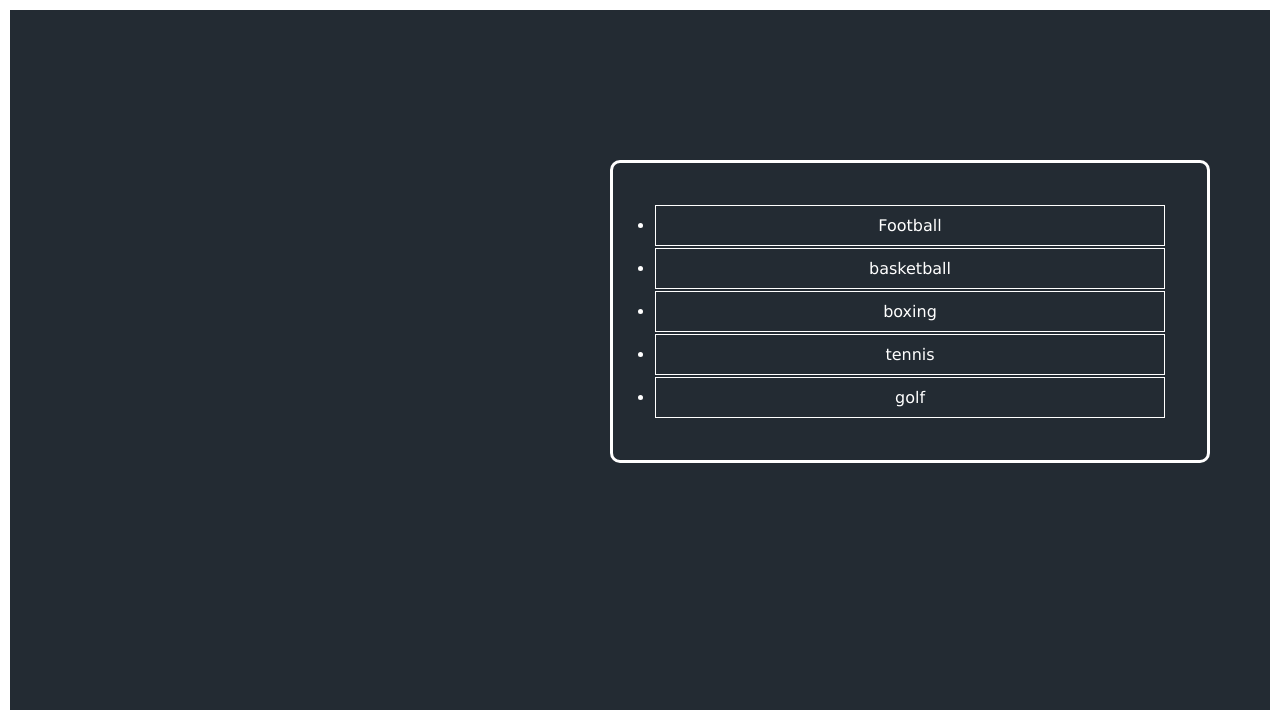
Repository: wakoya-tech/react-project
Page: Desktop/shaakala/aschu/index.html
An editor plug-in stored every save of this project. The page is shown before and after the next save, followed by the edit.
The browser window is 1280 px wide. The pictures show the whole page.

Above is the page before, as saved 2025-08-29 20:42:01.

After the next save:
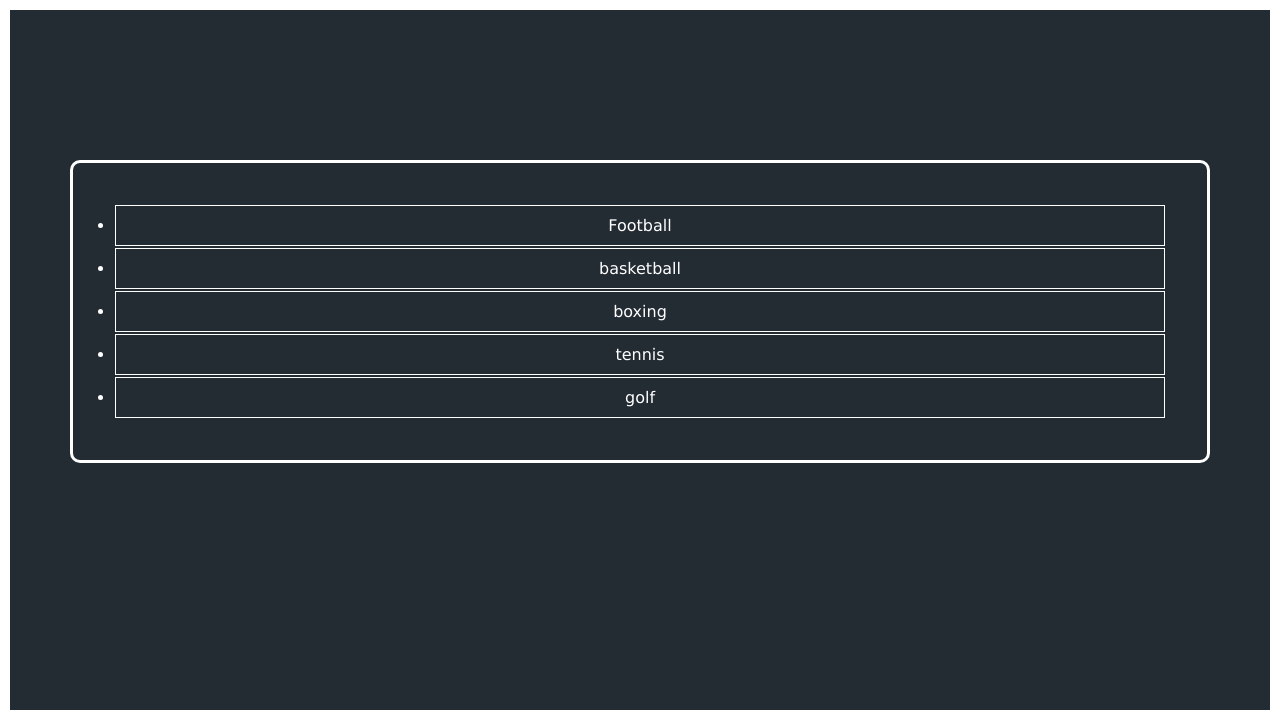
Saved 14 s later.
--- a/Desktop/shaakala/aschu/index.html
+++ b/Desktop/shaakala/aschu/index.html
@@ -27,7 +27,7 @@
         justify-content: center;
         align-content: center;
         border: 3px solid white;
-        margin: 150px 60px 150px 600px;
+        margin: 150px 60px 150px 60px;
         padding: 40px;
         border-radius: 10px;
     }

After the save that followed:
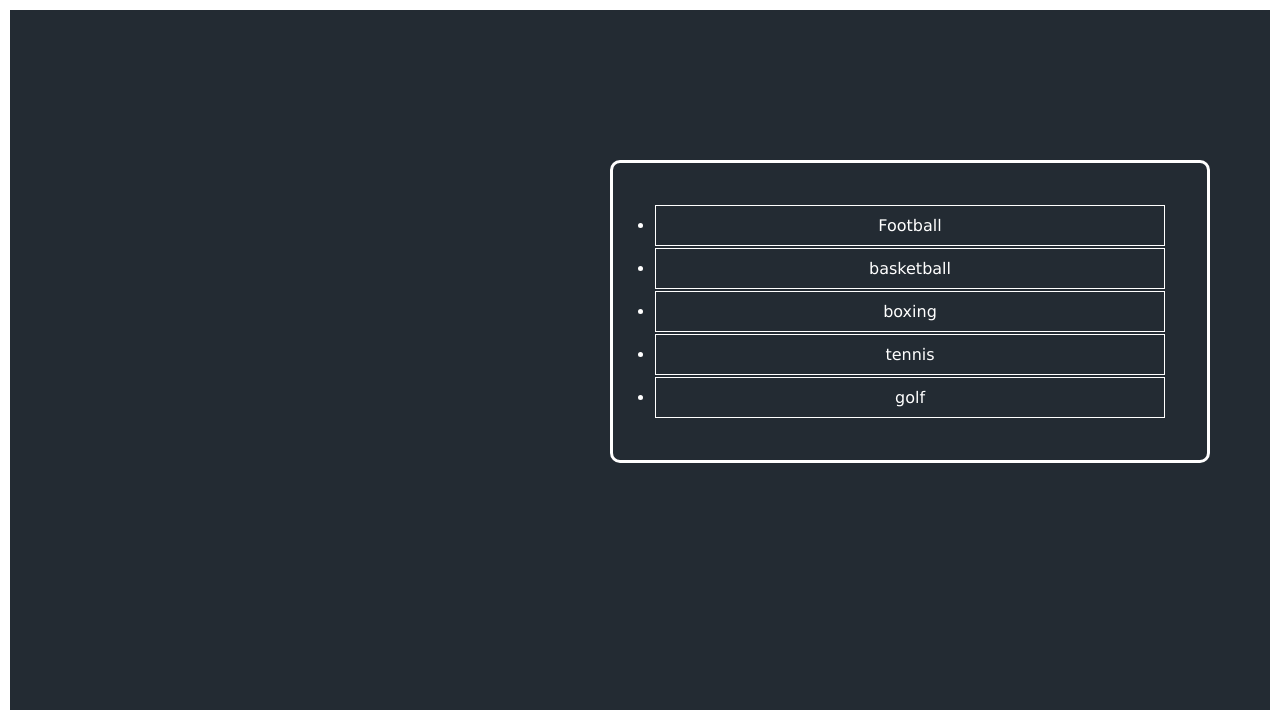
Saved 8 s later.
--- a/Desktop/shaakala/aschu/index.html
+++ b/Desktop/shaakala/aschu/index.html
@@ -27,7 +27,7 @@
         justify-content: center;
         align-content: center;
         border: 3px solid white;
-        margin: 150px 60px 150px 60px;
+        margin: 150px 60px 150px 600px;
         padding: 40px;
         border-radius: 10px;
     }
